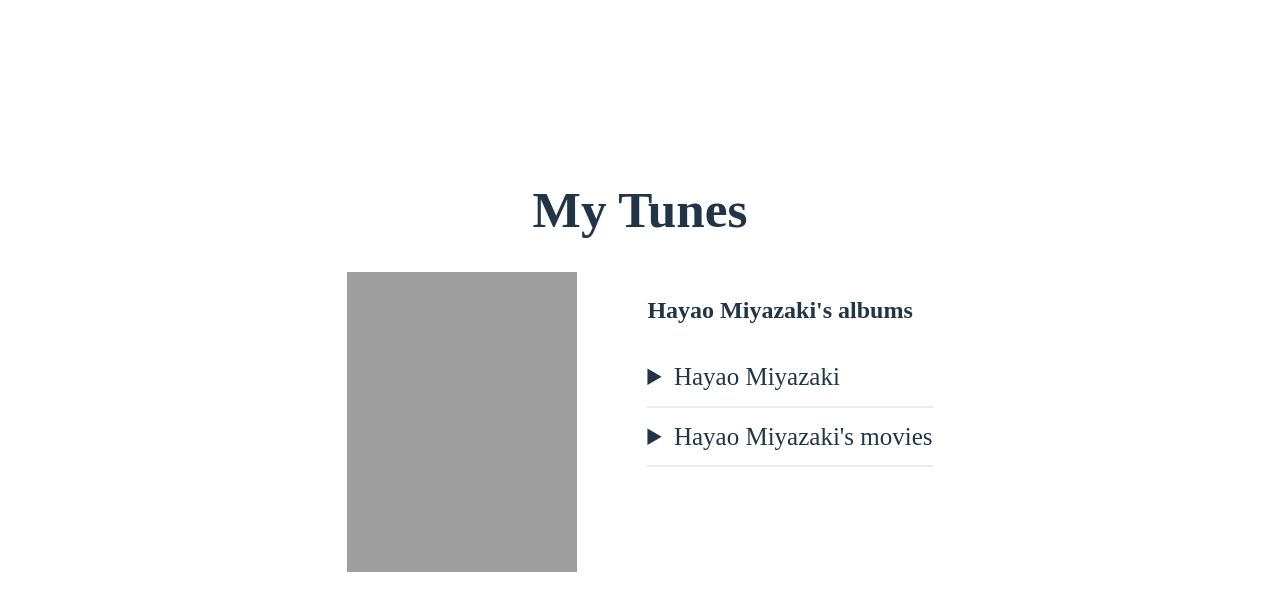
Repository: SamanthaYan298/my_app
Page: /
These files come from the project's save history. The page is drawn as it stood at one moment and after the next save; the edit follows.
The browser window is 1280 px wide. The pictures show the whole page.
Pictures or frames that could not be fetched are drawn as grey boxes. The project was rebuilt for these pictures with package versions that can differ from the ones it lists, and the page was loaded fresh each time. Also part of the build but not shown: vite.config.js.

Above is the page before, as saved 2024-09-14 14:52:35.

After the next save:
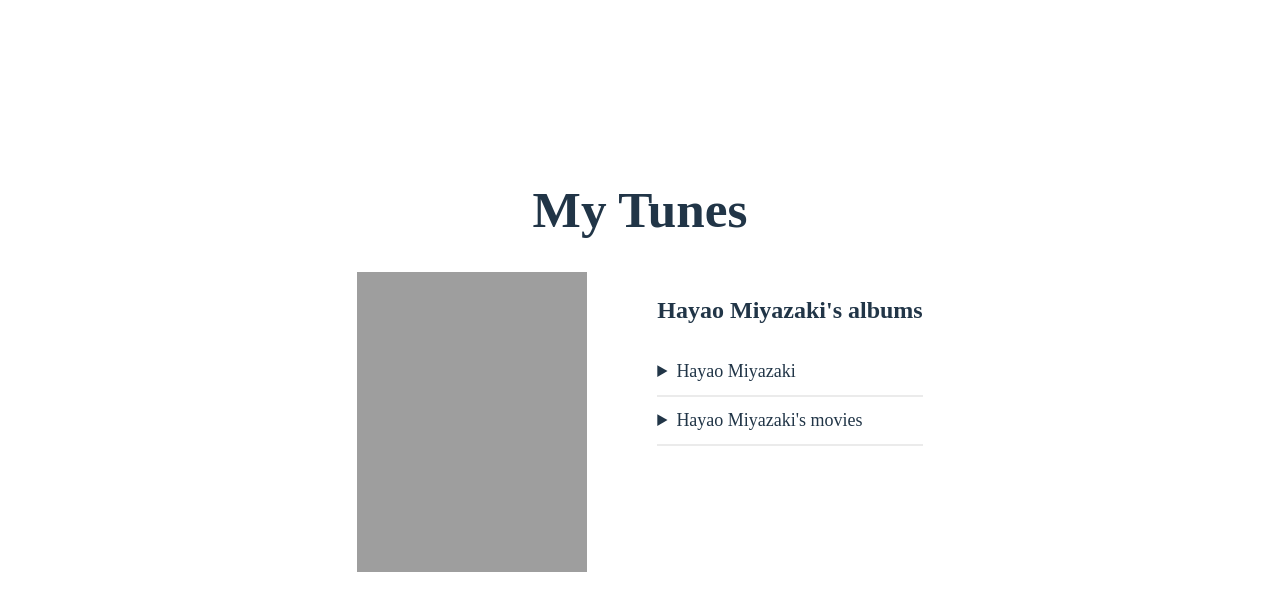
Saved 5 s later.
--- a/src/App.css
+++ b/src/App.css
@@ -23,7 +23,7 @@
 .categories {
   border-bottom: 2px solid rgb(235, 235, 235);
   padding: 10px 0;
-  font-size: 25px;
+  font-size: 18px;
 }
 
 .categories[open] summary{
